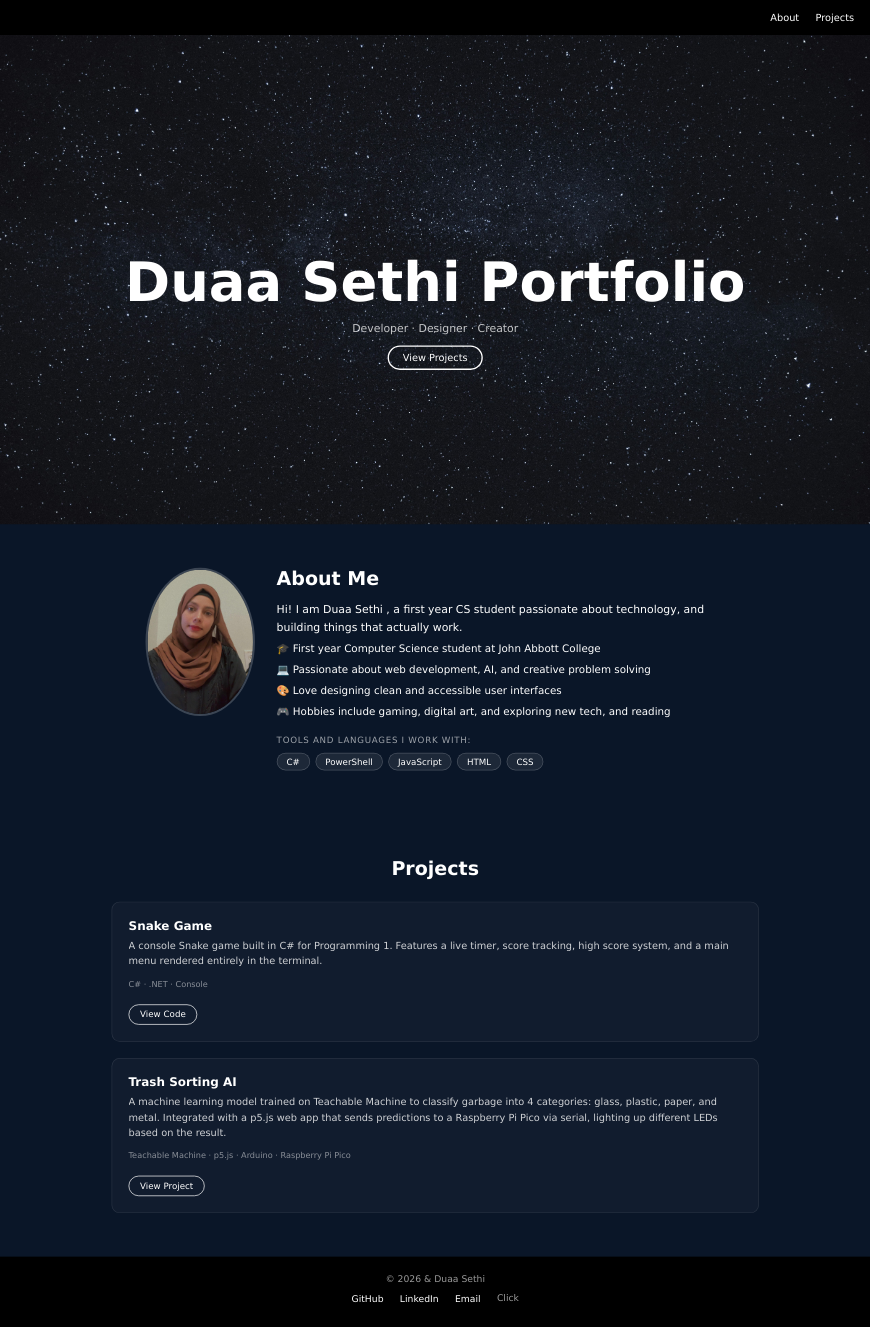
Repository: Duaa-Sethi/Duaa-Sethi
Page: index.html
An editor plug-in stored every save of this project. The page is shown before and after the next save, followed by the edit.
The browser window is 1280 px wide. The pictures show the whole page, at 68% of full size.
Some web fonts or font styles are not loaded; a fallback is used.

Above is the page before, as saved 2026-05-07 12:17:01.

### index.html
<!doctype html>
<html lang="en">
  <head>
    <meta charset="UTF-8" />
    <meta name="viewport" content="width=device-width, initial-scale=1.0" />
    <title>Dua Portfolio</title>
    <link rel="stylesheet" href="./styles/index.css" />
    <link rel="stylesheet" href="./styles/globals.css" />
  </head>
  <body class="scroller">
    <!-- NAV -->
    <nav>
      <ul>
        <li><a href="#about">About</a></li>
        <li><a href="#projects">Projects</a></li>
      </ul>
    </nav>

    <!-- HERO -->
    <section class="hero">
      <article>
        <h1>Duaa Sethi Portfolio</h1>
        <p>Developer · Designer · Creator</p>
        <a href="#projects">View Projects</a>
      </article>
    </section>

    <!-- ABOUT -->
    <section class="about" id="about">
      <img src="./assets/images/Dua Sethi.jpeg" alt="Photo of Duaa Sethi" />
      <div class="about-text">
        <h2>About Me</h2>
        <p class="about-intro">
          Hi! I am Duaa Sethi , a first year CS student passionate about
          technology, and building things that actually work.
        </p>

        <ul class="about-list">
          <li>🎓 First year Computer Science student at John Abbott College</li>
          <li>
            💻 Passionate about web development, AI, and creative problem
            solving
          </li>
          <li>🎨 Love designing clean and accessible user interfaces</li>
          <li>
            🎮 Hobbies include gaming, digital art, and exploring new tech, and
            reading
          </li>
        </ul>

        <p class="tools-label">Tools and languages I work with:</p>
        <ul class="tools-list">
          <li>C#</li>
          <li>PowerShell</li>
          <li>JavaScript</li>
          <li>HTML</li>
          <li>CSS</li>
        </ul>
      </div>
    </section>

    <!-- PROJECTS -->
    <section class="projects" id="projects">
      <h2>Projects</h2>
      <div class="cards">
        <article class="card">
          <h3>Snake Game</h3>
          <p>
            A console Snake game built in C# for Programming 1. Features a live
            timer, score tracking, high score system, and a main menu rendered
            entirely in the terminal.
          </p>
          <p class="tech">C# · .NET · Console</p>
          <a
            href="https://github.com/Duaa-Sethi/Programming1-project-Dua-Sethi"
            target="_blank"
            >View Code</a
          >
        </article>
        <article class="card">
          <h3>Trash Sorting AI</h3>
          <p>
            A machine learning model trained on Teachable Machine to classify
            garbage into 4 categories: glass, plastic, paper, and metal.
            Integrated with a p5.js web app that sends predictions to a
            Raspberry Pi Pico via serial, lighting up different LEDs based on
            the result.
          </p>
          <p class="tech">
            Teachable Machine · p5.js · Arduino · Raspberry Pi Pico
          </p>
          <a
            href="https://editor.p5js.org/duairfansethi/full/mdRLpCkG2"
            target="_blank"
            >View Project</a
          >
        </article>
      </div>
    </section>

    <footer>
      <p>© 2026 & Duaa Sethi</p>
      <ul class="footer-links">
        <li><a href="https://github.com/Duaa-Sethi">GitHub</a></li>
        <li>
          <a
            href="https://www.linkedin.com/in/dua-irfan-sethi-32944838b/"
            target="_blank"
            >LinkedIn</a
          >
        </li>
        <li>
          <a href="mailto:duairfansethi@gmail.com">Email</a>
        </li>
        <p>
          Click
          <a href="mailto:duairfansethi@gmail.com"> </a>
        </p>
      </ul>
    </footer>
  </body>
</html>

### styles/index.css
body {
  background-color: #0a1628;
}

/* Scroll snap — https://developer.mozilla.org/en-US/docs/Web/CSS/Guides/Scroll_snap/Basic_concepts */

html,
body {
  height: 100%;
  overflow: hidden;
}

.scroller {
  height: 100%;
  max-height: 100dvh;
  overflow-x: hidden;
  overflow-y: auto;
  -webkit-overflow-scrolling: touch;
  scroll-snap-type: y mandatory;
  scroll-padding-top: 3.5rem;
}

.scroller section {
  scroll-snap-align: start;
  scroll-snap-stop: always;
  min-height: 100dvh;
  min-height: 100vh;
  box-sizing: border-box;
}

/* NAV */
nav {
  position: sticky;
  top: 0;
  background-color: black;
  padding: 0 1.5rem;
}

nav ul {
  display: flex;
  justify-content: flex-end;
  gap: 1.5rem;
  padding: 1rem 0;
}

nav ul li a {
  font-size: 0.9rem;
}

.hero {
  display: flex;
  align-items: center;
  justify-content: center;
  text-align: center;
  min-height: 100vh;
  padding: 2rem 1.5rem;

  /* dont memorize, copy paste background defs */
  background-image: url(../assets/images/kai-pilger-Ef6iL87-vOA-unsplash.jpg); /* my pictures miss alt */
  background-size: cover;
  background-position: center;
  background-repeat: no-repeat;
}

.hero h1 {
  font-size: 2rem;
  margin-bottom: 0.75rem;
}

.hero p {
  font-size: 1rem;
  opacity: 0.75;
  margin: 0 0 1.5rem 0;
}

.hero a {
  border: 2px solid white;
  padding: 0.5rem 1.25rem;
  border-radius: 20px;
  font-size: 0.9rem;
}

.hero a:hover {
  background-color: white;
  color: #0a1628;
  text-decoration: none;
}

/* ABOUT */
.about {
  display: flex;
  align-items: flex-start;
  gap: 1.5rem;
  padding: 3rem 1.5rem;
  text-align: center;
}

.about img {
  max-width: 25%;
  border-radius: 50%;
  overflow: hidden;
  display: inline-block;
  vertical-align: middle;
  border: 3px solid rgba(255, 255, 255, 0.2);
}

.about h2 {
  font-size: 1.75rem;
  margin-bottom: 1rem;
}

.about p {
  margin: 0 0 0.5rem 0;
  line-height: 1.6;
}
.about-intro {
  display: none;
}

.about-list {
  display: flex;
  flex-direction: column;
  gap: 0.5rem;
  text-align: left;
  margin-bottom: 1.25rem;
}

.about-list li {
  font-size: 0.95rem;
  line-height: 1.5;
}

.tools-label {
  font-size: 0.8rem;
  opacity: 0.6;
  text-transform: uppercase;
  letter-spacing: 0.08em;
  text-align: left;
  margin-bottom: 0.5rem;
}

.tools-list {
  display: flex;
  flex-wrap: wrap;
  gap: 0.5rem;
  text-align: left;
}

.tools-list li {
  background-color: rgba(255, 255, 255, 0.08);
  border: 1px solid rgba(255, 255, 255, 0.2);
  border-radius: 20px;
  padding: 0.3rem 0.85rem;
  font-size: 0.8rem;
}
/* PROJECTS */
.projects {
  padding: 4rem 1.5rem;
  text-align: center;
}
.projects h2 {
  font-size: 1.75rem;
  margin-bottom: 2rem;
}

.cards {
  display: flex;
  flex-direction: column;
  gap: 1.5rem;
}
.card {
  background-color: #111c2e;
  border: 1px solid rgba(255, 255, 255, 0.1);
  border-radius: 12px;
  padding: 1.5rem;
  text-align: left;
}

.card:hover {
  border-color: rgba(255, 255, 255, 0.4);
}

.card h3 {
  font-size: 1.1rem;
  margin-bottom: 0.5rem;
}

.card p {
  font-size: 0.9rem;
  line-height: 1.6;
  opacity: 0.8;
  margin: 0 0 0.5rem 0;
}

.card .tech {
  font-size: 0.75rem;
  opacity: 0.5;
  margin: 0.75rem 0;
}

.card a {
  display: inline-block;
  border: 1px solid white;
  padding: 0.4rem 1rem;
  border-radius: 20px;
  font-size: 0.8rem;
  margin-top: 0.5rem;
}

.card a:hover {
  background-color: white;
  color: #0a1628;
  text-decoration: none;
}

/* FOOTER */

footer {
  text-align: center;
  padding: 1.5rem;
  background-color: black;
}
footer p {
  font-size: 0.85rem;
  opacity: 0.6;
  margin: 0 0 0.75rem 0;
}

.footer-links {
  display: flex;
  justify-content: center;
  gap: 1.5rem;
}

.footer-links a {
  font-size: 0.85rem;
}

/* Tablet and up — document scroll, no snap */
@media (min-width: 600px) {
  html,
  body {
    height: auto;
    overflow: visible;
  }

  .scroller {
    height: auto;
    min-height: 100vh;
    max-height: none;
    overflow-x: hidden;
    overflow-y: visible;
    -webkit-overflow-scrolling: auto;
    scroll-snap-type: none;
    scroll-padding-top: 0;
  }

  .scroller section {
    scroll-snap-align: none;
    scroll-snap-stop: normal;
  }

  .scroller section:not(.hero) {
    min-height: 0;
  }

  .hero h1 {
    font-size: 4rem;
  }
  .about-intro {
    display: block;
  }

  .about {
    flex-direction: row;
    align-items: flex-start;
    text-align: left;
    max-width: 800px; /*width uses %*/
    margin: 0 auto;
    padding: 4rem 1.5rem;
    gap: 2rem;
  }
  .about img {
    width: 25%;
    max-width: 200px; /*width uses %*/
  }
  .cards {
    flex-direction: row;
    flex-wrap: wrap;
    justify-content: center;
  }
}

@media (min-width: 992px) {
  .hero h1 {
    font-size: 5rem;
  }
  .projects {
    max-width: 1000px;
    margin: 0 auto;
  }

  .about {
    max-width: 900px;
  }
}

### styles/globals.css
/* FONT DEFS */
@font-face {
  font-family: "main font";
  src: url(../assets/fonts/NewsCycle-Regular.ttf);
}

/* CROSS PAGE STYLES */
body {
  font-family: "main font", Verdana, sans-serif;
  color: white;
  margin: 0;
}

h1 {
  font-weight: bold;
  font-size: 1.5rem; /* too small for desktop*/
}

a {
  text-decoration: none;
  color: white;
}
h2,
h3 {
  margin: 0;
}
a:hover {
  text-decoration: underline;
}
ul {
  list-style: none;
  padding: 0;
  margin: 0;
}

After the next save:
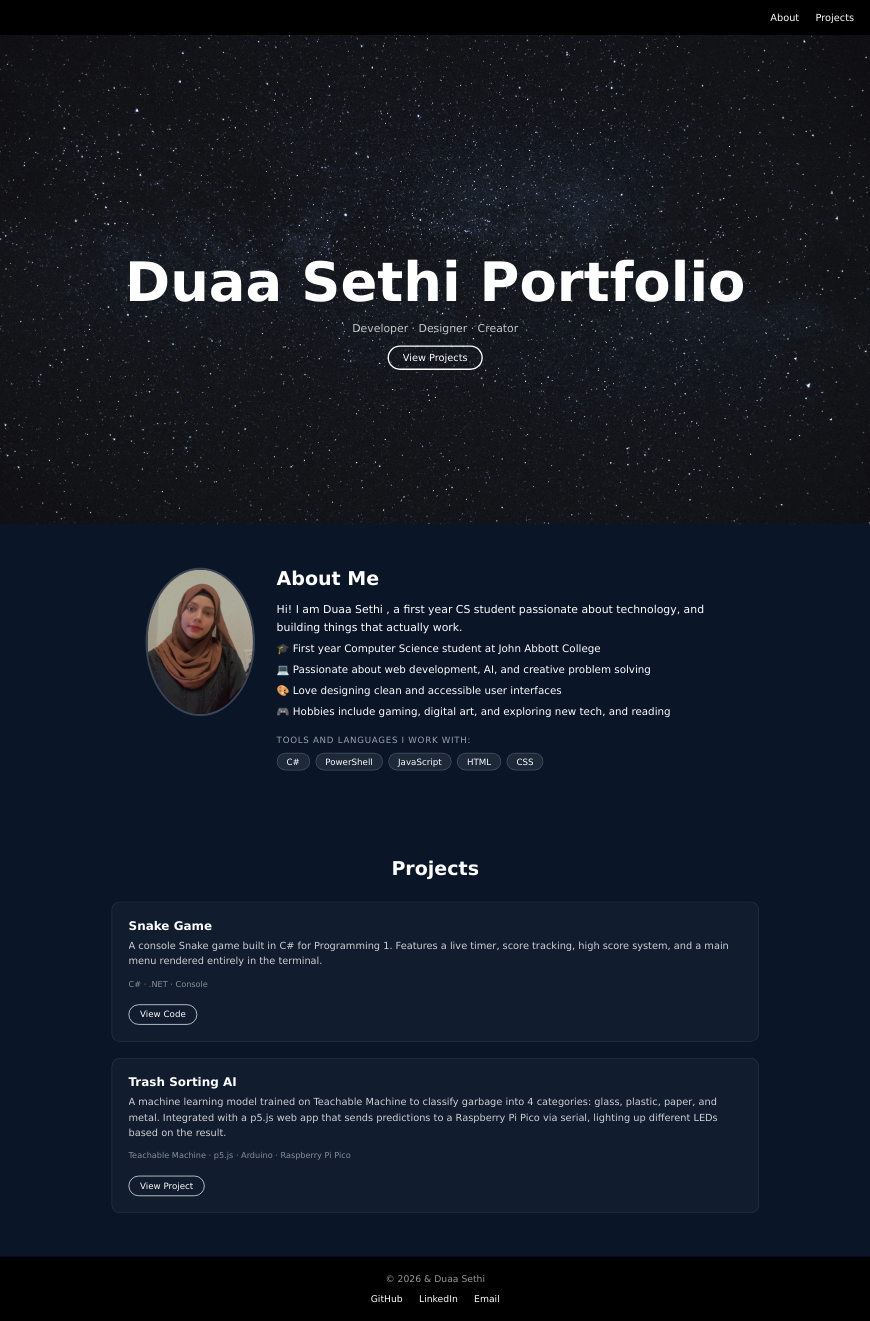
Saved 10 s later.
--- a/index.html
+++ b/index.html
@@ -112,10 +112,6 @@
         <li>
           <a href="mailto:duairfansethi@gmail.com">Email</a>
         </li>
-        <p>
-          Click
-          <a href="mailto:duairfansethi@gmail.com"> </a>
-        </p>
       </ul>
     </footer>
   </body>
